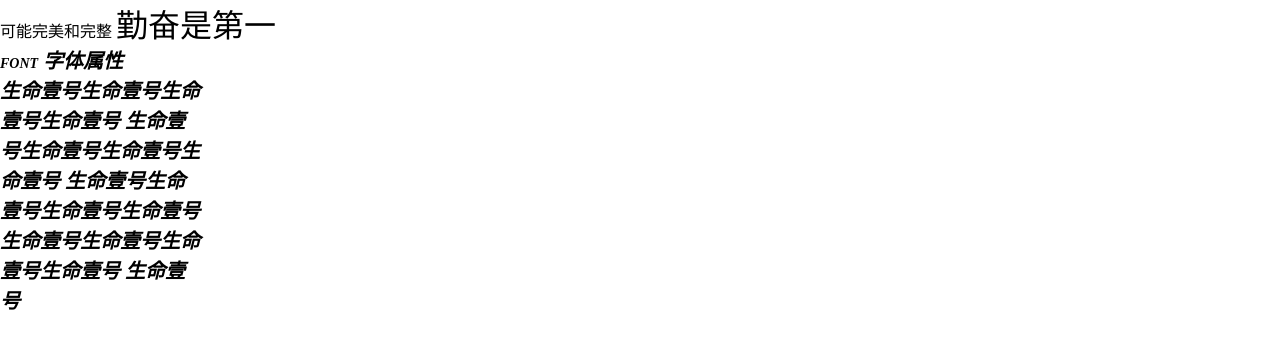
Repository: yuquan1006/-
Page: 02_css/demo.html
An editor plug-in stored every save of this project. The page is shown before and after the next save, followed by the edit.
The browser window is 1280 px wide. The pictures show the whole page.

Above is the page before, as saved 2023-06-26 10:46:32.

### 02_css/demo.html
<!DOCTYPE html>
<html lang="en">
<head>
    <meta charset="UTF-8">
    <meta name="viewport" content="width=device-width, initial-scale=1.0">
    <title>Document</title>
    <style type="text/css">
        /* 相对单位 */
        label{
            font-size: 200%; /* 文字大小是周围文字大小的两倍 */
        }

        /* font 字体属性  CSS中，有很多非布局样式（与布局无关），包括：字体、行高、颜色、大小、背景、边框、滚动、换行、装饰性属性（粗体、斜体、下划线）等。 这一段，我们先来讲一下字体属性*/
        p{
            font-size: 20px; 		/*字体大小*/
            line-height: 30px;      /*行高*/
            font-family: 幼圆,黑体; 	/*字体类型：如果没有幼圆就显示黑体，没有黑体就显示默认*/
            font-style: italic ;		/*italic表示斜体，normal表示不倾斜*/
            font-weight: bold;	/*粗体*/
            font-variant: small-caps;  /*小写变大写*/
        }

        /* 行高*/
        *{
            margin: 0px;
            padding: 0px;
        }
        p{
            width: 200px;
            line-height: 30px;
        }


    </style>
</head>
<body>
    <div>
        可能完美和完整
        <label>勤奋是第一</label>
    </div>

    <div>
        <p>font 字体属性</p>
    </div>

    <div>
        <p>生命壹号生命壹号生命壹号生命壹号
            生命壹号生命壹号生命壹号生命壹号
            生命壹号生命壹号生命壹号生命壹号
            生命壹号生命壹号生命壹号生命壹号
            生命壹号
        </p>
    </div>

    <!-- 字体属性-->

</body>
</html>

After the next save:
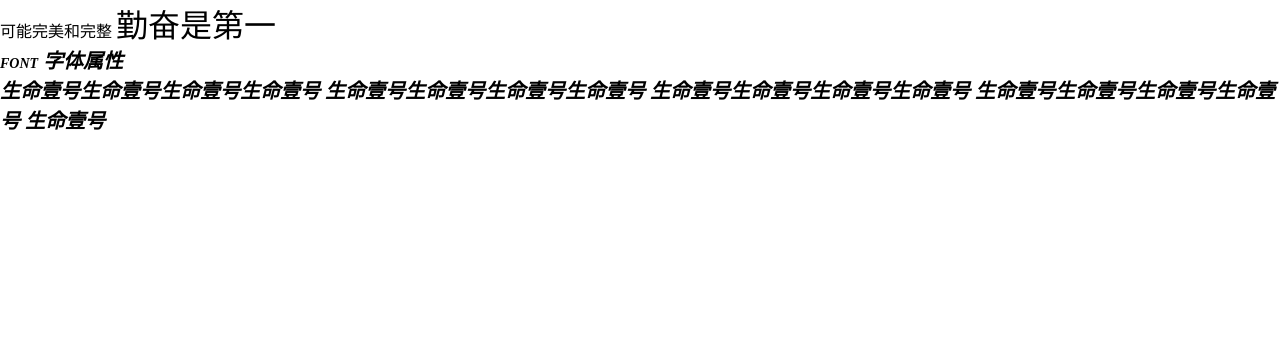
Saved 58 s later.
--- a/02_css/demo.html
+++ b/02_css/demo.html
@@ -26,7 +26,7 @@
             padding: 0px;
         }
         p{
-            width: 200px;
+            /* width: 200px; */
             line-height: 30px;
         }
 

After the save that followed:
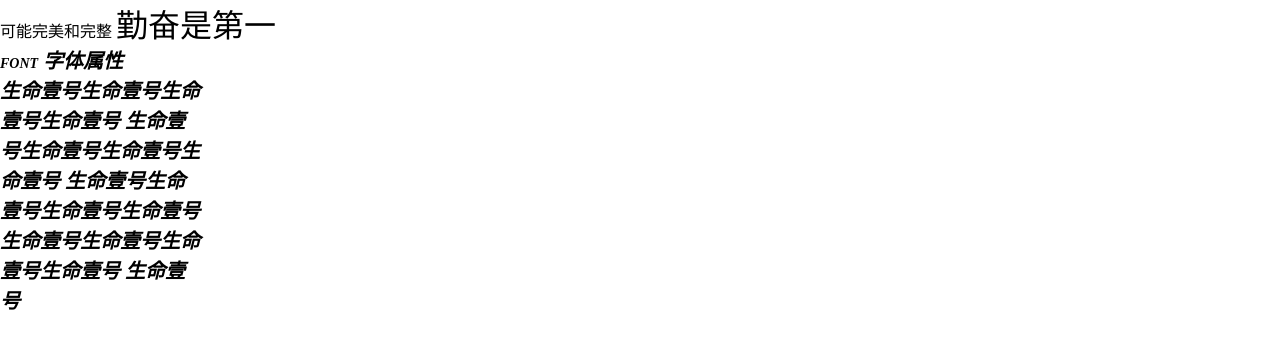
Saved 45 s later.
--- a/02_css/demo.html
+++ b/02_css/demo.html
@@ -26,7 +26,7 @@
             padding: 0px;
         }
         p{
-            /* width: 200px; */
+            width: 200px;
             line-height: 30px;
         }
 
